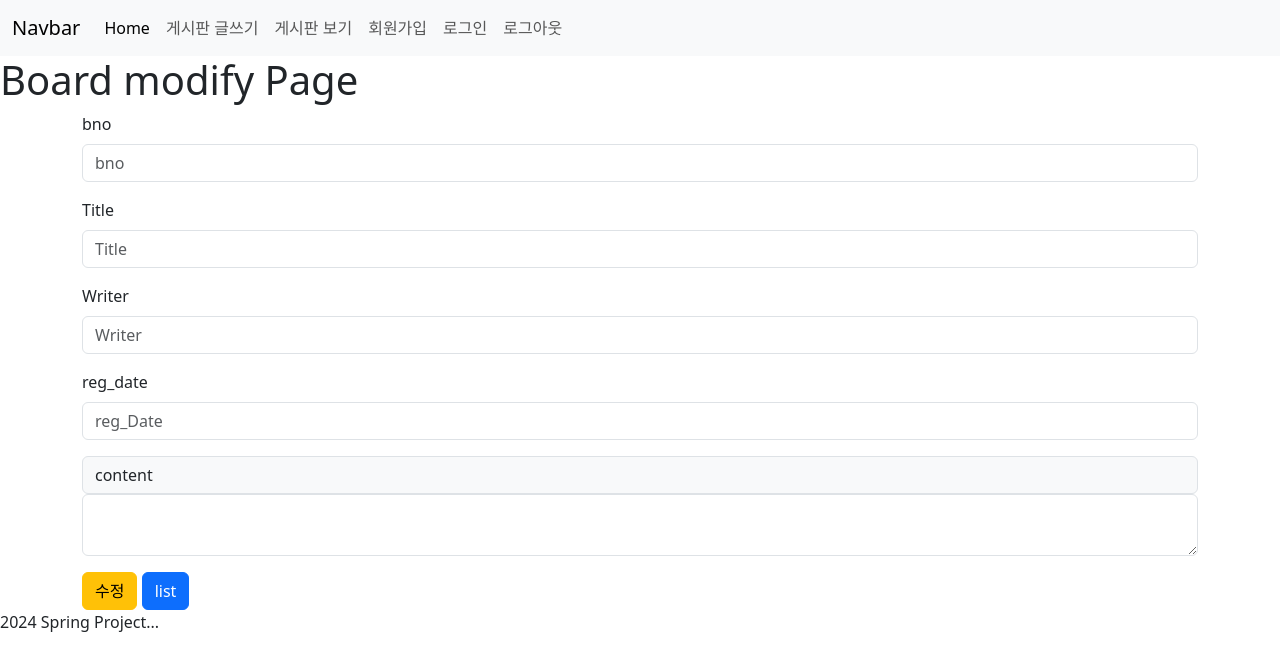
Repository: leegangjin/springTest240430
Page: http://localhost/spring_study/WEB-INF/views/board/modify.jsp
These files come from the project's save history. The page is drawn as it stood at one moment and after the next save; the edit follows.
The browser window is 1280 px wide. The pictures show the whole page.
The page is served by Tomcat 9. Nobody is signed in. The template is opened directly, without the code that normally fills it, so the values that code supplies are empty.

Above is the page before, as saved 2024-04-24 06:14:23.

### spring_study/src/main/webapp/WEB-INF/views/board/modify.jsp

<%@ page language="java" contentType="text/html; charset=UTF-8"
	pageEncoding="UTF-8"%>


<jsp:include page="../layout/header.jsp"></jsp:include>
<h1>Board modify Page</h1>

<form action="/board/modify" method="post">
<div class="container-md">
	<div class="mb-3">
		<label for="formGroupExampleInput" class="form-label">bno</label> <input
			type="text" class="form-control" name="bno" id="n" value="${bvo.bno }" readonly="readonly"
			placeholder="bno">
	</div>
	<div class="mb-3">
		<label for="formGroupExampleInput" class="form-label">Title</label> <input
			type="text" class="form-control" name="title" id="t" value="${bvo.bno }"
			placeholder="Title">
	</div>
	<div class="mb-3">
		<label for="formGroupExampleInput" class="form-label">Writer</label> <input
			type="text" class="form-control" name="writer" id="w" value="${bvo.bno }" readonly="readonly"
			placeholder="Writer">
	</div>
	<div class="mb-3">
		<label for="formGroupExampleInput" class="form-label">reg_date</label> <input
			type="text" class="form-control" name="reg_date" id="r" value="${bvo.bno }" readonly="readonly"
			placeholder="reg_Date">
	</div>
	<div class="mb-3">
		<label class="input-group-text">content</label>
		<textarea class="form-control" name="content"
			aria-label="With textarea">${bvo.content }</textarea>
	</div>
	<button type="submit" class="btn btn-warning">수정</button>

	<a href="/board/list"><button type="button" class="btn btn-primary">list</button></a>
</form>
</div>

<jsp:include page="../layout/footer.jsp"></jsp:include>

### spring_study/src/main/webapp/WEB-INF/views/layout/header.jsp
<%@ page language="java" contentType="text/html; charset=UTF-8"
    pageEncoding="UTF-8"%>
<!DOCTYPE html>
<html>
<head>
<meta charset="UTF-8">
<title>header.jsp</title>
</head>
<link href="https://cdn.jsdelivr.net/npm/bootstrap@5.3.3/dist/css/bootstrap.min.css" rel="stylesheet" integrity="sha384-QWTKZyjpPEjISv5WaRU9OFeRpok6YctnYmDr5pNlyT2bRjXh0JMhjY6hW+ALEwIH" crossorigin="anonymous">
<script src="https://cdn.jsdelivr.net/npm/bootstrap@5.3.3/dist/js/bootstrap.bundle.min.js" integrity="sha384-YvpcrYf0tY3lHB60NNkmXc5s9fDVZLESaAA55NDzOxhy9GkcIdslK1eN7N6jIeHz" crossorigin="anonymous"></script>
<body>
<nav class="navbar navbar-expand-lg bg-body-tertiary">
  <div class="container-fluid">
    <a class="navbar-brand" href="#">Navbar</a>
    <button class="navbar-toggler" type="button" data-bs-toggle="collapse" data-bs-target="#navbarSupportedContent" aria-controls="navbarSupportedContent" aria-expanded="false" aria-label="Toggle navigation">
      <span class="navbar-toggler-icon"></span>
    </button>
    <div class="collapse navbar-collapse" id="navbarSupportedContent">
      <ul class="navbar-nav me-auto mb-2 mb-lg-0">
        <li class="nav-item">
          <a class="nav-link active" aria-current="page" href="#">Home</a>
        </li>
        <li class="nav-item">
          <a class="nav-link" href="/board/register">게시판 글쓰기</a>
        </li>
        <li class="nav-item">
          <a class="nav-link" href="/board/list">게시판 보기</a>
        </li>
        <li class="nav-item">
          <a class="nav-link" href="#">회원가입</a>
        </li>
        <li class="nav-item">
          <a class="nav-link" href="#">로그인</a>
        </li>
        <li class="nav-item">
          <a class="nav-link" href="#">로그아웃</a>
        </li>
        </ul>
    </div>
  </div>
</nav>

### spring_study/src/main/webapp/WEB-INF/views/layout/footer.jsp
<%@ page language="java" contentType="text/html; charset=UTF-8"
	pageEncoding="UTF-8"%>
<!DOCTYPE html>
<html>
<head>
<meta charset="UTF-8">



<div class="mb-3" >2024 Spring Project...</div>
</body>
</html>

After the next save:
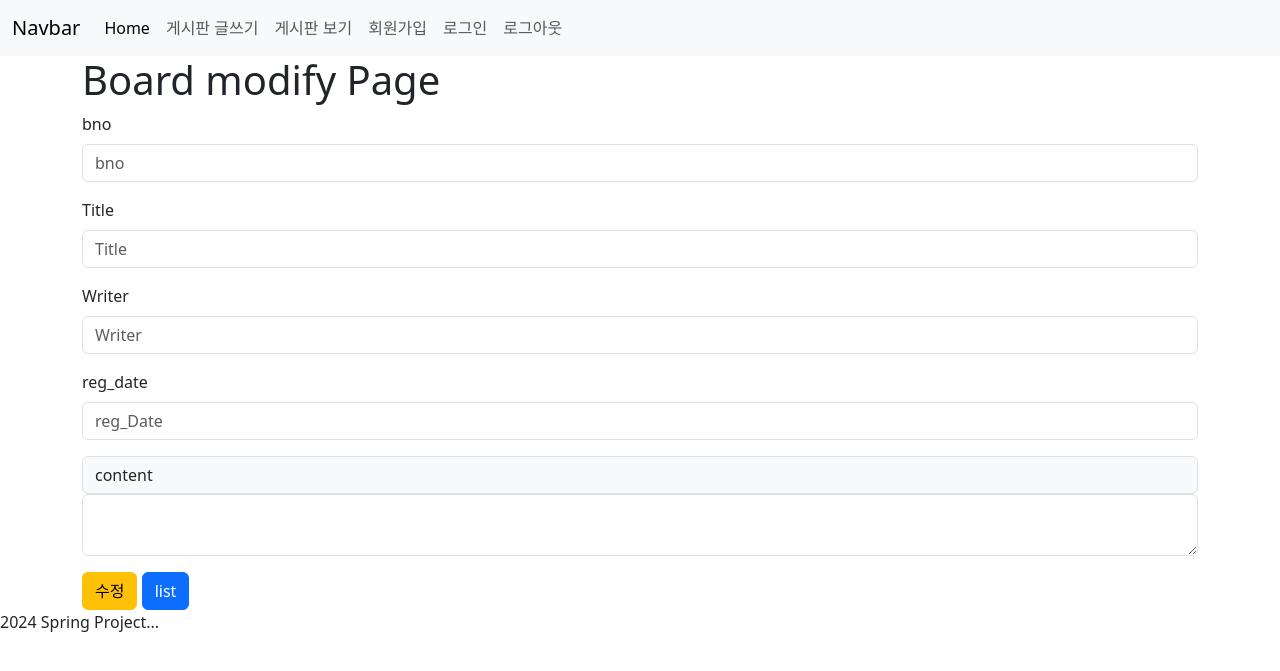
Saved 8 s later.
--- a/spring_study/src/main/webapp/WEB-INF/views/board/modify.jsp
+++ b/spring_study/src/main/webapp/WEB-INF/views/board/modify.jsp
@@ -4,10 +4,10 @@
 
 
 <jsp:include page="../layout/header.jsp"></jsp:include>
+<div class="container-md">
 <h1>Board modify Page</h1>
 
 <form action="/board/modify" method="post">
-<div class="container-md">
 	<div class="mb-3">
 		<label for="formGroupExampleInput" class="form-label">bno</label> <input
 			type="text" class="form-control" name="bno" id="n" value="${bvo.bno }" readonly="readonly"
